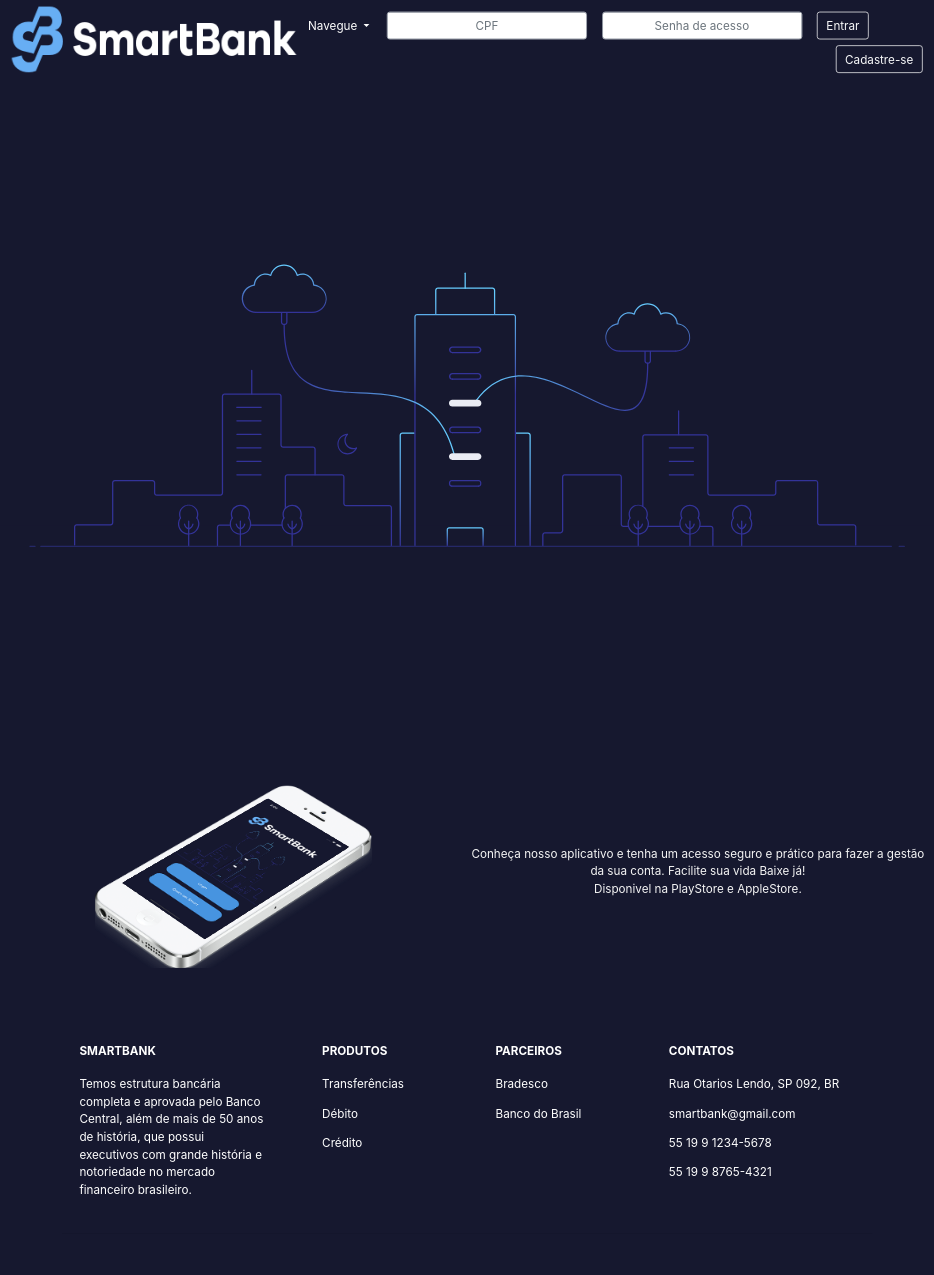
Repository: davitolentino/Mini-Projeto-SmartBank
Page: http://localhost/SmartBank/home.jsp
An editor plug-in stored every save of this project. The page is shown before and after the next save, followed by the edit.
The browser window is 1280 px wide. The pictures show the whole page, at 73% of full size.
The page is served by Tomcat 9.

Above is the page before, as saved 2020-03-04 13:23:00.

### frontend/SmartBank/WebContent/home.jsp
<%@page import="java.util.Calendar"%>
<%@page import="java.util.Date"%>
<%@ page language="java" contentType="text/html; charset=ISO-8859-1"
	pageEncoding="ISO-8859-1"
	import="java.net.*"
    import="java.io.*"
	import="org.json.*"
	import="java.lang.Object.*"%>
<!DOCTYPE html>
<html>
<head>
<meta charset="UTF-8">
<meta name="viewport" content="width=device-width, initial-scale=1.0">
<meta http-equiv="X-UA-Compatible" content="ie=edge">
<title>PÁGINA INICIAL</title>
<script src="bootstrap/jquery/dist/jquery.slim.min.js"></script>
<script src="jQuery Mask/jquery.mask.js"></script>
<script src="bootstrap/popper.js/dist/umd/popper.min.js"></script>
<script src="bootstrap/dist/js/bootstrap.min.js"></script>
<link rel="stylesheet" type="text/css" href="homecss.css" />
<link rel="stylesheet" href="bootstrap/dist/css/bootstrap.min.css">
<link rel="icon" type="image/png" href="img/logo.png" />
<style>
.celular {
	position: relative;
	display: block;
	margin-left: auto;
	margin-right: auto;
}

a:link {
	text-decoration: none;
}

.celular .screen {
	position: absolute;
	top: 0;
	left: 0;
	transition: 0.5s;
}

.celular:hover .screen.screen5 {
	transform: translateY(-160px);
	opacity: 1;
}

.celular:hover .screen.screen4 {
	transform: translateY(-1);
	opacity: .8;
}

.celular:hover .screen.screen3 {
	transform: translateY(-80px);
	opacity: .6;
}

.celular:hover .screen.screen2 {
	transform: translateY(-40px);
	opacity: .4;
}

.celular:hover .screen.screen1 {
	transform: translateY(0px);
	opacity: .2;
}
</style>
</head>
<body class="conteudo">
	<%
		String nb = "nobody";
		String whois = (session.getAttribute("usuario") == null) ? "{\"nobody\":"+nb+"}" : session.getAttribute("usuario").toString();
		JSONObject j = new JSONObject(whois);
		String saldo = "";

		if(!whois.equals("{\"nobody\":"+nb+"}")){
			String n = j.getString("numero_conta");
			j.put("numero_conta", n);

			String teste = "teste";

			if(teste.equals("teste")){
				URL url = new URL("http://10.87.203.16:8080/WebService/service");

				HttpURLConnection con = (HttpURLConnection) url.openConnection();
				con.setRequestMethod("POST");
				con.setDoOutput(true);

				String parametros = "id=2&tipo=2&valores="+j.toString();
				DataOutputStream wr = new DataOutputStream(con.getOutputStream());
				wr.writeBytes(parametros);

				BufferedReader br = new BufferedReader(new InputStreamReader(con.getInputStream()));

				String apnd = "", linha = "";

				while((linha = br.readLine()) != null) apnd += linha;

				JSONObject obj = new JSONObject(apnd);
				saldo = obj.getString("saldo");
			}
		}

		String tipo = request.getParameter("tipo");

		if(tipo != null){
			if(tipo.equals("6")){
				URL url = new URL("http://10.87.203.16:8080/WebService/service");

				String cpf = request.getParameter("cpf");
				String cpf1 = cpf.replace(".", "");
				String cpfzao = cpf1.replace("-", "");

				String senhaAcesso = request.getParameter("senhaAcessoLogin");
				String sair = request.getParameter("sair");

				JSONObject json = new JSONObject();
				json.put("documento", cpfzao);
				json.put("senhaAcesso", senhaAcesso);

				HttpURLConnection con = (HttpURLConnection) url.openConnection();
				con.setRequestMethod("POST");
				con.setDoOutput(true);

				String parametros = "id=2&tipo=6&valores="+json.toString();
				DataOutputStream wr = new DataOutputStream(con.getOutputStream());
				wr.writeBytes(parametros);

				BufferedReader br = new BufferedReader(new InputStreamReader(con.getInputStream()));

				String apnd = "", linha = "";

				while((linha = br.readLine()) != null) apnd += linha;

				JSONObject obj = new JSONObject(apnd);
				String nome = obj.getString("nome");
				String numero = obj.getString("numero_conta");

				HttpSession hs = request.getSession();
				hs.setAttribute("usuario", apnd);
				response.sendRedirect("home.jsp");
			}else{
				HttpSession hs = request.getSession();
				hs.invalidate();
				response.sendRedirect("home.jsp");
			}
		}

		String tipagem = request.getParameter("tipagem");
		String recebedor = "";

		if(tipagem != null){
			String nome = request.getParameter("nome");

			String cpf = request.getParameter("cpf");
			String cpf1 = cpf.replace(".", "");
			String cpfzao = cpf1.replace("-", "");

			String dataNasc = request.getParameter("dataNasc");
			String dataNasc1 = dataNasc.replace("/", "");

			String endereco = request.getParameter("endereco");

			String telefone = request.getParameter("telefone");
			String tel1 = telefone.replace("(", "");
			String tel2 = tel1.replace(")", "");
			String tel3 = tel2.replace("-", "");
			String tel4 = tel3.replace(" ", "");
			String tel5 = tel4.replace(" ", "");

			String senhaLogin = request.getParameter("senhaLogin");
			String senhaAcesso = request.getParameter("senhaAcesso");

			if( (nome != null) && (cpf != null) && (dataNasc != null) && (endereco != null) && (telefone != null) && (senhaLogin != null) && (senhaAcesso != null) ){
				URL url = new URL("http://10.87.203.16:8080/WebService/service");

				JSONObject json = new JSONObject();
				json.put("nome", nome);
				json.put("cpf", cpfzao);
				json.put("dataNasc", dataNasc1);
				json.put("endereco", endereco);
				json.put("telefone", tel5);
				json.put("senhaLogin", senhaLogin);
				json.put("senhaAcesso", senhaAcesso);

				HttpURLConnection con = (HttpURLConnection) url.openConnection();
				con.setRequestMethod("POST");
				con.setDoOutput(true);

				String parametros = "id=2&tipo="+tipagem+"&valores="+json.toString();
				DataOutputStream wr = new DataOutputStream(con.getOutputStream());
				wr.writeBytes(parametros);

				BufferedReader br = new BufferedReader(new InputStreamReader(con.getInputStream()));

				String apnd = "", linha = "";

				while((linha = br.readLine()) != null) apnd += linha;

				JSONObject jon = new JSONObject(apnd);

				if(jon.has("cod")){
					int cod = jon.getInt("cod");

					if(cod == 101){
						out.print("<script>alert('Parâmetros fora do escopo.')</script>");
					}else if(cod == 102){
						out.print("<script>alert('Senha de acesso invalida.')</script>");
					}else if(cod == 103){
						out.print("<script>alert('CPF Inválido.')</script>");
					}else if(cod == 104){
						out.print("<script>alert('Data inválida.')</script>");
					}else if(cod == 105){
						out.print("<script>alert('Falha ao inserir.')</script>");
					}else if(cod == 106){
						out.print("<script>alert('CPF inválido.')</script>");
					}else if(cod == 001){
						out.print("<script>alert('Tipo não informado.')</script>");
					}else if(cod == 002){
						out.print("<script>alert('Valores não recebidos.')</script>");
					}else if(cod == 003){
						out.print("<script>alert('ID não informado.')</script>");
					}else if(cod == 007){
						out.print("<script>alert('Campo não encontrado.')</script>");
					}else{
						out.print("<script>alert('Conta não existe.')</script>");
					}
				}else{
					out.print("<script>alert('Número da sua conta é: "+jon.getString("numero_conta")+". Anote-a ou logue para saber sua conta.')</script>");
				}
			}
		}
	%>
	<div class="navConteudo pb-4">
		<nav class="navbar navbar-expand-lg navbar-light" id="Letreiro">
			<a href="home.jsp"><img src="img/logot.png" id="imgNav"
				width="390px" height="90px"></a>
			<button class="navbar-toggler btn btn-light" type="button" data-toggle="collapse"
				data-target="#navbarSupportedContent"
				aria-controls="navbarSupportedContent" aria-expanded="false"
				aria-label="Toggle navigation">
				<span class="navbar-toggler-icon btn btn-light bg-light"></span>
			</button>

			<div class="collapse navbar-collapse" id="navbarSupportedContent">
				<div class="form-inline ml-auto">
					<div class="dropdown show">
						<a class="nav-link dropdown-toggle" href="#" id="navbarDropdown"
							role="button" data-toggle="dropdown" aria-haspopup="true"
							aria-expanded="false;" style="text-decoration: none;">
							Navegue </a>
						<div class="dropdown-menu" aria-labelledby="navbarDropdown">
							<a class="dropdown-item" href="debcre.jsp">Débito e Crédito</a>
							<a class="dropdown-item" href="transferencias.jsp">Transferência</a>
							<a class="dropdown-item" href="extrato.jsp">Consultar
								extrato</a>
							<a class="dropdown-item" href="pagarboleto.jsp">Pagamento de boleto</a>
						</div>
					</div>

					<!-- Modal -->
					<div class="modal fade" id="ModalCadastro" tabindex="-1"
						role="dialog">
						<div class="modal-dialog modal-dialog-centered modal-lg">
							<div class="modal-content">
								<div class="modal-header">
									<h5 class="modal-title">Faça seu cadastro</h5>
									<button type="button" class="close" data-dismiss="modal"
										aria-label="Close">
										<span aria-hidden="true">&times;</span>
									</button>
								</div>
								<form method="post" action="#">
									<div class="modal-body cadastroModal">
										<div class="form-group divNome">
											<div class="nome1">
												<label class="mr-auto">Nome</label> <input id="inputNome"
													class="form-control" name="nome" maxlength="152" required />
											</div>
										</div>

										<div class="form-group divCpf">
											<div class="cpf1">
												<label class="mr-auto">CPF</label> <input id="inputCpf"
													class="form-control col-11" name="cpf" required />
											</div>
										</div>

										<div class="form-group divDatNasc">
											<div class="dataNasc1">
												<label class="mr-auto">Data de nascimento</label> <input
													id="inputNasc" class="form-control col-11" name="dataNasc"
													required />
											</div>
										</div>

										<div class="form-group divEndereco">
											<div class="endereco1">
												<label class="mr-auto">Endereço</label> <input
													id="inputEndereco" class="form-control col-11"
													name="endereco" required />
											</div>
										</div>

										<div class="form-group divTelefone">
											<div class="telefone1">
												<label class="mr-auto">Telefone</label> <input
													id="inputTelefone" class="form-control col-11"
													name="telefone" required />
											</div>
										</div>

										<div class="form-group divSenhaAcesso">
											<div class="acesso1">
												<label class="mr-auto">Senha de acesso</label> <input
													type="password" id="inputAcesso" class="form-control col-11"
													name="senhaAcesso" required maxlength="6"/>
											</div>
										</div>

										<div class="form-group divSenhaLogin">
											<div class="login1">
												<label class="mr-auto">Senha de login</label> <input
													type="password" id="inputLogin" class="form-control col-11"
													name="senhaLogin" required minlength="8" maxlength="16" />
											</div>
										</div>
										<input type="hidden" name="tipagem" value="1" />
									</div>
									<div class="modal-footer">
										<button type="submit" class="cadas">Cadastrar</button>
									</div>
								</form>
							</div>
						</div>
					</div>

					<div>
						<%if(whois.equals("{\"nobody\":"+nb+"}")){ %>
							<form method="post" action="#">
								<input name="cpf" id="cpf" class="text-center form-control m-2"
									placeholder="CPF" required /> <input name="senhaAcessoLogin" type="password"
									class="text-center form-control m-2"
									placeholder="Senha de acesso" required />
									<input type="hidden" name="tipo" value="6"/>
								<button type="submit" class="btn btn-outline-light form-control m-2 btnLogin">Entrar</button>
							</form>
						<%}else{ %>
							<form method="post" action="#">
								<input type="hidden" name="tipo" value="out" />
								<button type="submit" class="btn btn-outline-light form-control m-2">Sair</button>
							</form>
						<%} %>
					</div>
					<%if(whois.equals("{\"nobody\":"+nb+"}")){ %>
					<button type="button" class="btn btn-outline-light form-control ml-auto" data-toggle="modal" data-target="#ModalCadastro" id="Letreiro">Cadastre-se</button>
					<%} %>
				</div>
			</div>
		</nav>
	</div>

	<%if(whois.equals("{\"nobody\":"+nb+"}")){ %>
	<div class="partHome pt-4">
		<div class="divHome m-auto">
			<img src="img/background (1).svg" height="800" width="1200">
		</div>
	</div>

	<br>
	<br>
	<br>
	<br>

	<div class="partHome1 pt-4 pb-4">
		<div class="celular m-auto">
			<img src="img/iphone700px.png" class="rounded mx-auto d-block"
				height="250" height="250"> <img src="img/screen.png"
				class="screen screen1 rounded mx-auto d-block" height="250"
				height="250"> <img src="img/screen.png"
				class="screen screen2 rounded mx-auto d-block" height="250"
				height="250"> <img src="img/screen.png"
				class="screen screen3 rounded mx-auto d-block" height="250"
				height="250"> <img src="img/screen.png"
				class="screen screen4 rounded mx-auto d-block" height="250"
				height="250"> <img src="img/screen.png"
				class="screen screen5 rounded mx-auto d-block" height="250"
				height="250">
		</div>
		<div class="msgnCel m-auto text-center pr-2">
			<p style="color: whitesmoke;">
				Conheça nosso aplicativo e tenha um acesso seguro e prático para
				fazer a gestão da sua conta. Facilite sua vida Baixe já!<br>
				Disponivel na PlayStore e AppleStore.
			</p>
		</div>
	</div>
	<%}else{ %>
		<div class="container pt-5">
			<div class="card">
				<div class="card-header text-center" style="background-color: #4794e0; color: white; border: 1px solid-transparent #4794e0">INFORMAÇÕS DA CONTA</div>
				<div class="card-body">
					<div class="row">
						<div class="card col-5 mb-2 ml-5 pl-0 pr-0 m-auto">
							<div class="card-header">Nome:</div>
							<div class="card-body">
								<p> <%=j.getString("nome") %></p>
							</div>
						</div>
						<div class="col-1"></div>
						<div class="card col-5 mb-2 pl-0 pr-0 m-auto">
							<div class="card-header">Endereço:</div>
							<div class="card-body">
								<p> <%=j.getString("endereco") %></p>
							</div>
						</div>
					</div>

					<div class="row">
						<div class="card col-5 mb-2  ml-5 pl-0 pr-0 m-auto">
							<div class="card-header">Data de nascimento:</div>
							<div class="card-body">
								<% String[] datNasc = j.getString("dataNasc").split("-"); %>
								<p> <%=datNasc[2]+"/"+datNasc[1]+"/"+datNasc[0] %></p>
							</div>
						</div>
						<div class="col-1"></div>
						<div class="card col-5 mb-2 pl-0 pr-0 m-auto">
							<div class="card-header">Telefone:</div>
							<div class="card-body">
								<% String[] telEdit = j.getString("telefone").split(""); %>
								<p>(<%=telEdit[0]+""+telEdit[1]%>) <%=telEdit[2] %> <%=telEdit[3]+""+telEdit[4]+""+telEdit[5]+""+telEdit[6] %>-<%=telEdit[7]+""+telEdit[8]+""+telEdit[9]+""+telEdit[10] %></p>
							</div>
						</div>
					</div>

					<div class="row">
						<div class="card col-5 mb-2  ml-5 pl-0 pr-0 m-auto">
							<div class="card-header">Número da conta:</div>
							<div class="card-body">
								<p> <%=j.getString("numero_conta") %></p>
							</div>
						</div><br>
						<div class="col-1"></div>
						<div class="card col-5 mb-2 mt-2 pl-0 pr-0 m-auto">
							<div class="card-header">Saldo:</div>
							<div class="card-body">
								<p>R$ <%=saldo %></p>
							</div>
						</div>
					</div>
				</div>
			</div>

		</div><br>
		<style>
			#cliente{
				display: grid;
				grid-template-columns: 1fr 1fr 1fr 1fr;
				grid-template-rows: 1fr 1fr;
			}

			#botao1{
				grid-column-start: 2;
				grid-column-end: 2;
			}

			#botao2{
				grid-column-start: 3;
				grid-column-end: 3;
			}

		</style>
		<div>
			<div id="cliente">
				<div id="botao1" class="col mb-2"><a href="debcre.jsp"><button class="btn btn-outline-primary btn-lg btn-block">Débito/Crédito</button></a></div>
				<div id="botao2" class="col mb-2"><a href="transferencias.jsp"><button class="btn btn-outline-primary btn-lg btn-block">Transferência</button></a></div>
				<div id="botao1" class="col mb-2"><a href="pagarboleto.jsp"><button class="btn btn-outline-primary btn-lg btn-block">Pagar boleto</button></a></div>
				<div id="botao2" class="col mb-2"><a href="extrato.jsp"> <button class="btn btn-outline-primary btn-lg btn-block">Extrato</button></a></div>
			</div>
		</div>



		<br>
		<br>
		<br>

	<%} %>
	<%if(whois.equals("{\"nobody\":"+nb+"}")){ %>
	<div class="footer text-white pt-4">
		<footer class="page-footer font-small mdb-color pt-4">
			<div class="container text-center text-md-left">
				<div class="row text-center text-md-left mt-3 pb-3">
					<div class="col-md-3 col-lg-3 col-xl-3 mx-auto mt-3">
						<h6 class="text-uppercase mb-4 font-weight-bold">SmartBank</h6>
						<p>Temos estrutura bancária completa e aprovada pelo Banco
							Central, além de mais de 50 anos de história, que possui
							executivos com grande história e notoriedade no mercado
							financeiro brasileiro.</p>
					</div>

					<hr class="w-100 clearfix d-md-none">

					<div class="col-md-2 col-lg-2 col-xl-2 mx-auto mt-3">
						<h6 class="text-uppercase mb-4 font-weight-bold">Produtos</h6>
						<p>
							<a href="transferencia.html" class="text-white"
								style="text-decoration: none;">Transferências</a>
						</p>
						<p>
							<a href="debcre.html" class="text-white"
								style="text-decoration: none;">Débito</a>
						</p>
						<p>
							<a href="debcre.html" class="text-white"
								style="text-decoration: none;">Crédito</a>
						</p>
					</div>

					<hr class="w-100 clearfix d-md-none">

					<div class="col-md-3 col-lg-2 col-xl-2 mx-auto mt-3">
						<h6 class="text-uppercase mb-4 font-weight-bold">Parceiros</h6>
						<p>
							<a href="https://banco.bradesco/html/classic/index.shtm"
								class="text-white" style="text-decoration: none;">Bradesco</a>
						</p>
						<p>
							<a href="https://www.bb.com.br/pbb/pagina-inicial"
								class="text-white" style="text-decoration: none;">Banco do
								Brasil</a>
						</p>
					</div>
	<%} %>
					<hr class="w-100 clearfix d-md-none">

					<div class="col-md-4 col-lg-3 col-xl-3 mx-auto mt-3 text-white">
						<h6 class="text-uppercase mb-4 font-weight-bold">Contatos</h6>
						<p>
							<i></i> Rua Otarios Lendo, SP 092, BR
						</p>
						<p>
							<i></i> smartbank@gmail.com
						</p>
						<p>
							<i></i> 55 19 9 1234-5678
						</p>
						<p>
							<i></i> 55 19 9 8765-4321
						</p>
					</div>

				</div>

				<hr>

				<div class="row d-flex align-items-center">
					<div class="col-md-7 col-lg-8"></div>

					<div class="col-md-5 col-lg-4 ml-lg-0">
						<div class="text-center text-md-right">
							<ul class="list-unstyled list-inline">
								<li class="list-inline-item"><a
									class="btn-floating btn-sm rgba-white-slight mx-1"> <i
										class="fab fa-facebook-f"></i>
								</a></li>
								<li class="list-inline-item"><a
									class="btn-floating btn-sm rgba-white-slight mx-1"> <i
										class="fab fa-twitter"></i>
								</a></li>
								<li class="list-inline-item"><a
									class="btn-floating btn-sm rgba-white-slight mx-1"> <i
										class="fab fa-google-plus-g"></i>
								</a></li>
								<li class="list-inline-item"><a
									class="btn-floating btn-sm rgba-white-slight mx-1"> <i
										class="fab fa-linkedin-in"></i>
								</a></li>
							</ul>
						</div>
					</div>
				</div>
			</div>
		</footer>
	</div>

	<script src="homejs.js"></script>
</body>
</html>

Loaded but not shown: frontend/SmartBank/WebContent/bootstrap/jquery/dist/jquery.slim.min.js (library); frontend/SmartBank/WebContent/jQuery Mask/jquery.mask.js (library); frontend/SmartBank/WebContent/bootstrap/popper.js/dist/umd/popper.min.js (library); frontend/SmartBank/WebContent/bootstrap/dist/js/bootstrap.min.js (library); frontend/SmartBank/WebContent/bootstrap/dist/css/bootstrap.min.css (library); frontend/SmartBank/WebContent/img/background (1).svg (103 lines, source omitted); frontend/SmartBank/WebContent/homejs.js (12 lines, source omitted); frontend/SmartBank/WebContent/homecss.css (361 lines, source omitted)

After the next save:
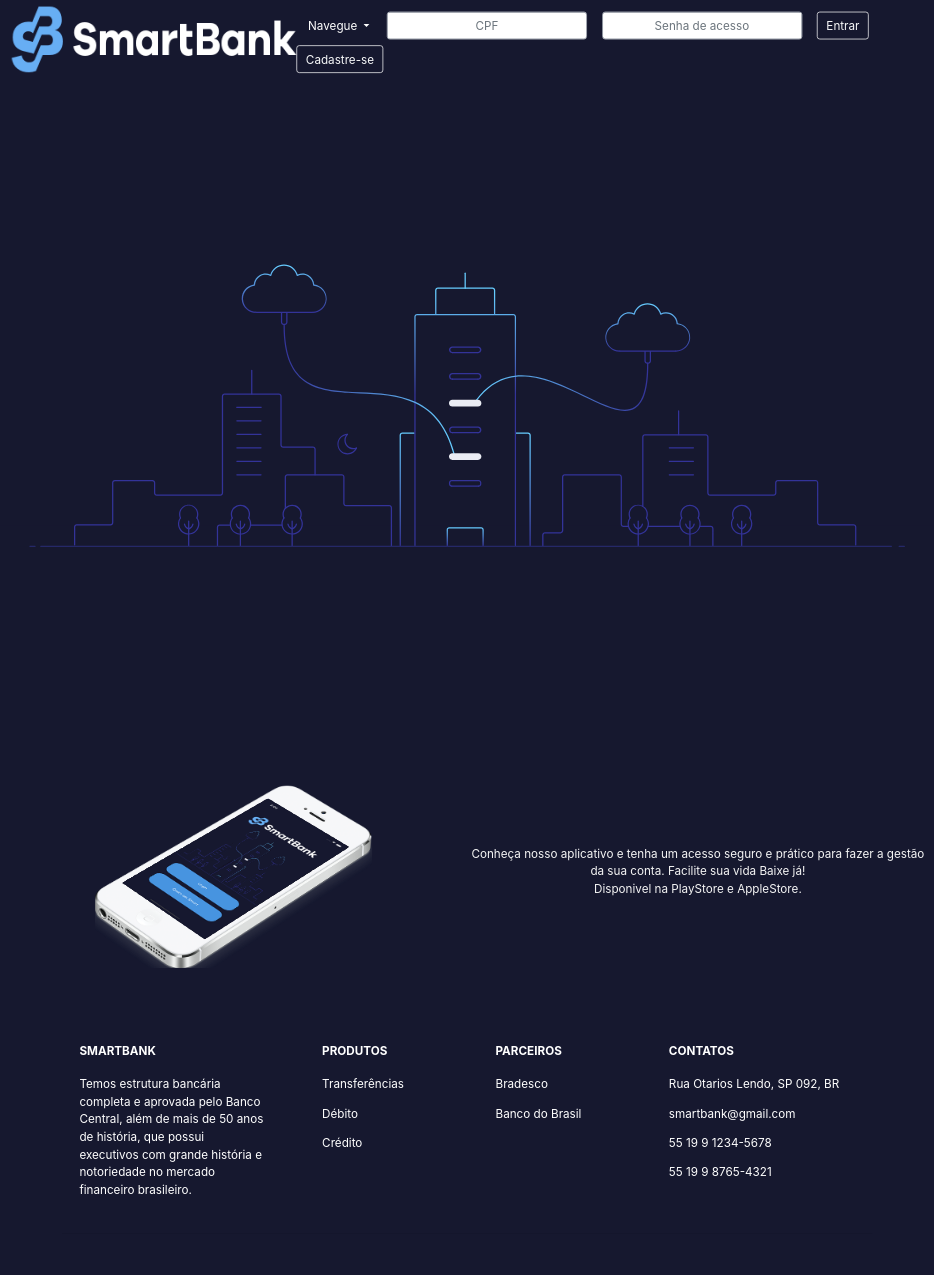
Saved 3 min 24 s later.
--- a/frontend/SmartBank/WebContent/home.jsp
+++ b/frontend/SmartBank/WebContent/home.jsp
@@ -352,7 +352,7 @@ a:link {
 						<%} %>
 					</div>
 					<%if(whois.equals("{\"nobody\":"+nb+"}")){ %>
-					<button type="button" class="btn btn-outline-light form-control ml-auto" data-toggle="modal" data-target="#ModalCadastro" id="Letreiro">Cadastre-se</button>
+					<button type="button" class="btn btn-outline-light form-control" data-toggle="modal" data-target="#ModalCadastro" id="Letreiro">Cadastre-se</button>
 					<%} %>
 				</div>
 			</div>
